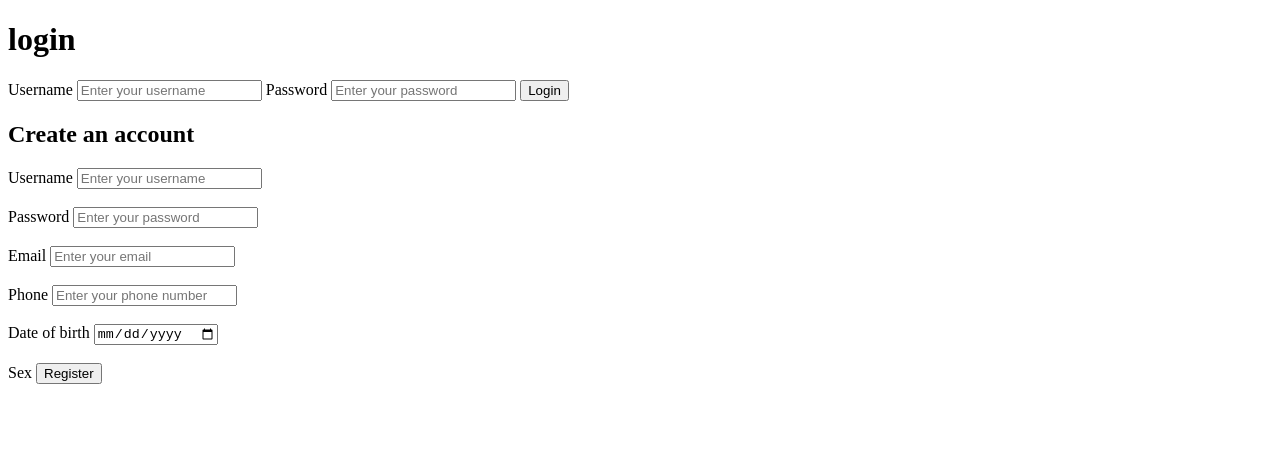
Repository: bao2222/hoc-lam-web
Page: welcome.html
These files come from the project's save history. The page is drawn as it stood at one moment and after the next save; the edit follows.
The browser window is 1280 px wide. The pictures show the whole page.

Above is the page before, as saved 2024-12-30 08:57:21.

After the next save:
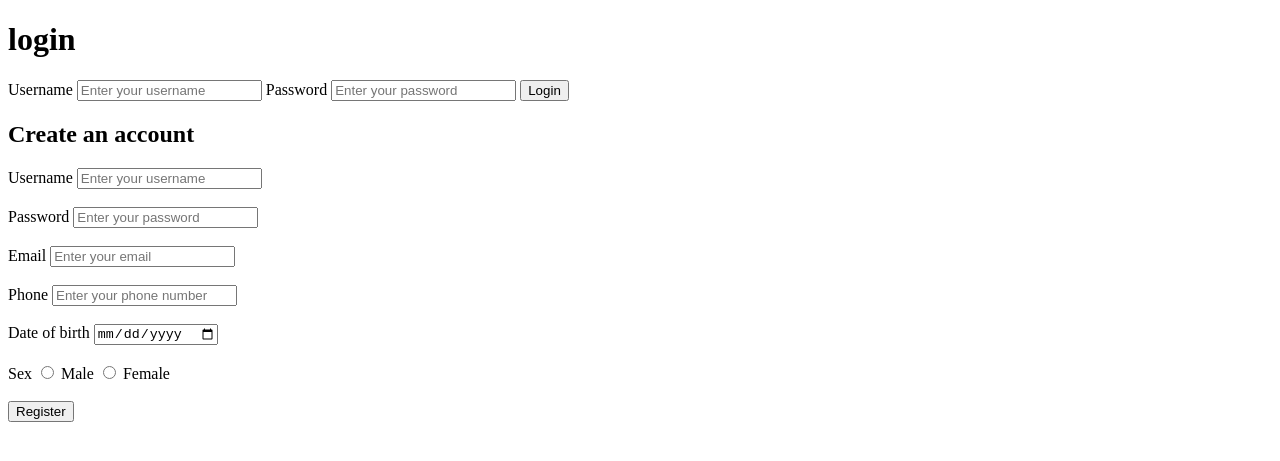
Saved 12 s later.
--- a/welcome.html
+++ b/welcome.html
@@ -50,6 +50,10 @@
                         <input type="date" id="register_dob" placeholder="Enter your date of birth" name="dob" required><br><br>
 
                         <label for="register_sex">Sex</label>
+                        <input type="radio" id="register_male" name="sex" value="male" required>
+                        <label for="register_male">Male</label>
+                        <input type="radio" id="register_female" name="sex" value="female" required>
+                        <label for="register_female">Female</label><br><br>
 
 
                         <button type="submit">Register</button>
